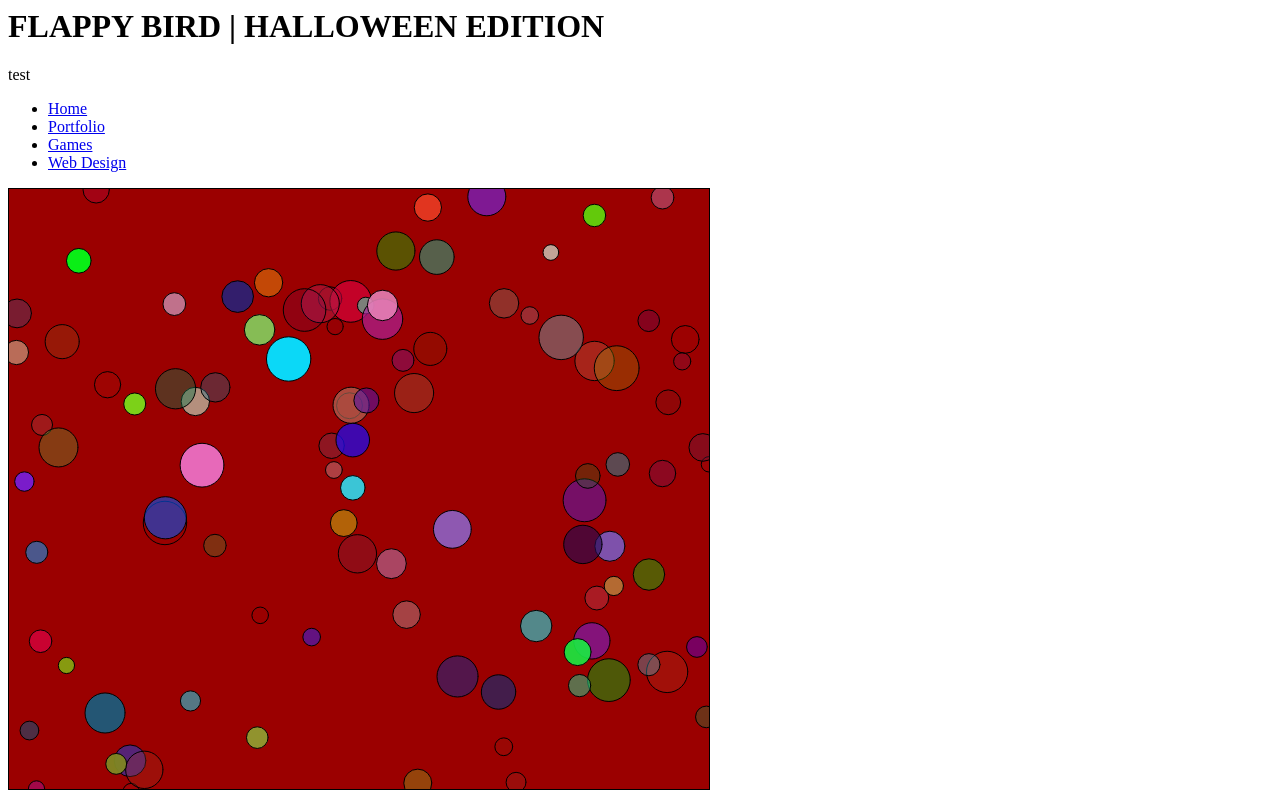
Repository: raidrn/raidrn.github.io
Page: mygame.html
The author's editor kept a record of every edit. The page is drawn from the files as they stood at one moment, then again after the next edit.
The browser window is 1280 px wide. The pictures show the whole page.

Above is the page before.

After the next edit:
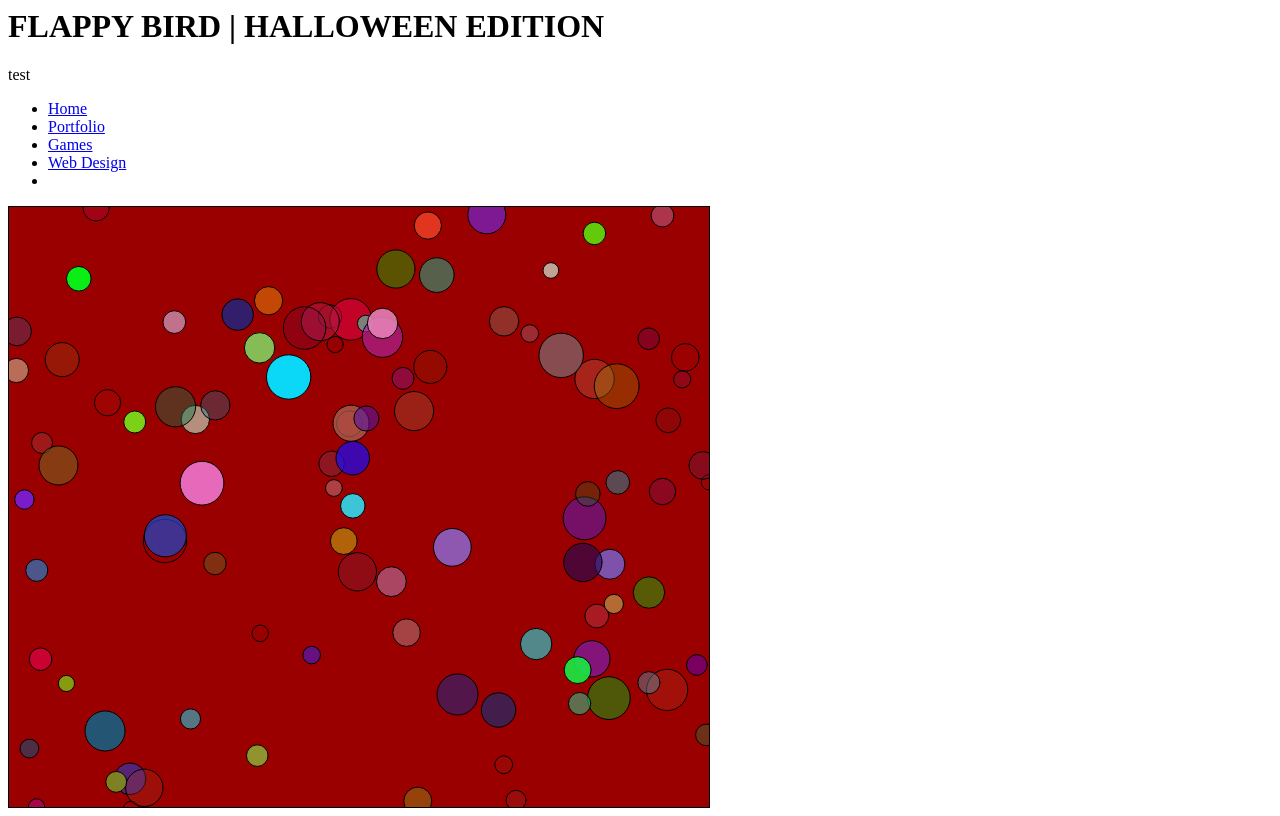
The edit:
--- a/mygame.html
+++ b/mygame.html
@@ -18,7 +18,8 @@
                     <li><a href="index.html">Home</a></li>
                     <li><a href="portfolio.html">Portfolio</a></li>
                     <li><a href="gamer.html">Games</a></li>
-                    <li><a class="turon" href="web.html">Web Design</a></li>
+                    <li><a href="web.html">Web Design</a></li>
+                    <li><a class="turnon" href="mygame.html"></a></li>
 
                 </ul>
             </nav>
